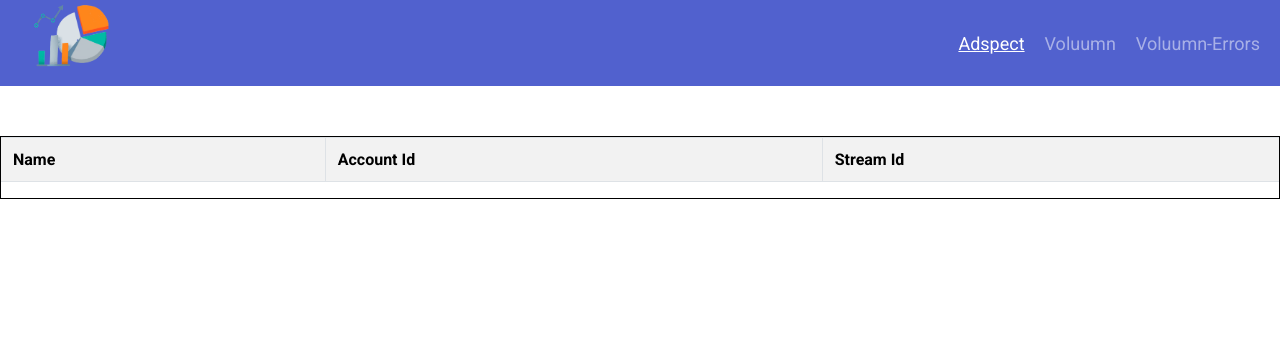
Repository: BobChampion/reports
Page: /reports (app in frontend/)
The author's editor kept a copy of each file at every save. The page is drawn from the files as they stood at one save, then again after the next save.
The browser window is 1280 px wide. The pictures show the whole page.
The page's requests for data from a server got no answer. The project was rebuilt for these pictures with package versions that can differ from the ones it lists, and the page was loaded fresh each time. No one was signed in, and anything a server would have sent is missing. Also part of the build but not shown: frontend/vue.config.js, frontend/src/components/MyHome.vue, frontend/src/components/Voluumn/CampaignList.vue, frontend/src/components/Voluumn/HistoryTable.vue, frontend/src/components/Voluumn/MyVoluumn.vue, frontend/src/components/Voluumn/DateSelect.vue, frontend/src/helpers/date.js, frontend/src/components/Voluumn/VoluumnError.vue.

Above is the page before, as saved 2023-03-21 11:33:17.

### frontend/public/index.html
<!DOCTYPE html>
<html lang="">
  <head>
    <meta charset="utf-8" />
    <meta http-equiv="X-UA-Compatible" content="IE=edge" />
    <meta name="viewport" content="width=device-width,initial-scale=1.0" />
    <link rel="icon" href="<%= BASE_URL %>favicon.ico" />
    <title><%= htmlWebpackPlugin.options.title %></title>
    <link
      href="https://fonts.googleapis.com/css?family=Roboto:100,100italic,300,300italic,regular,italic,500,500italic,700,700italic,900,900italic"
      rel="stylesheet"
    />
  </head>
  <body>
    <noscript>
      <strong
        >We're sorry but <%= htmlWebpackPlugin.options.title %> doesn't work properly without
        JavaScript enabled. Please enable it to continue.</strong
      >
    </noscript>
    <div id="app"></div>
    <!-- built files will be auto injected -->
  </body>
</html>

### frontend/src/App.vue
<template>
  <div id="app">
    <div class="appInner">
      <NavBar />
      <div class="appContent">
        <router-view />
      </div>
    </div>
  </div>
</template>

<script>
import NavBar from './components/NavBar.vue';

export default {
  components: { NavBar },
  name: 'App',
};
</script>

<style>
*,
*::after,
*::before {
  margin: 0;
  padding: 0;
  box-sizing: border-box;
}

#app {
  height: 100vh;
}
.appInner {
  display: flex;
  flex-direction: column;
  height: 100%;
}
.appContent {
  height: 88vh;
}
</style>

### frontend/src/router/index.js
import Vue from 'vue';
import VueRouter from 'vue-router';
import MyHome from '../components/MyHome';
import MyAdspect from '../components/MyAdspect';
import MyVoluumn from '../components/Voluumn/MyVoluumn.vue';
import VoluumnError from '../components/Voluumn/VoluumnError.vue';
Vue.use(VueRouter);

const routes = [
  {
    path: '/',
    name: 'MyHome',
    component: MyHome,
  },
  {
    path: '/reports',
    name: 'MyAdspect',
    component: MyAdspect,
  },
  {
    path: '/voluumn',
    name: 'MyVoluumn',
    component: MyVoluumn,
  },
  {
    path: '/voluumn-error',
    name: 'VoluumnError',
    component: VoluumnError,
  },
];

const router = new VueRouter({
  mode: 'history',
  linkExactActiveClass: 'router-link-active',
  routes,
});

export default router;

### frontend/src/components/NavBar.vue
<template>
  <div class="navBar">
    <router-link to="/" class="navbar-logo">
      <img src="../assets/img/logo.png" alt="" />
    </router-link>
    <div class="navBarInner">
      <router-link to="/reports" class="navBarLink">Adspect</router-link>
      <router-link to="/voluumn" class="navBarLink">Voluumn</router-link>
      <router-link to="/voluumn-error" class="navBarLink">Voluumn-Errors</router-link>
      <!-- <router-link to="" class="navBarLink">Errors</router-link> -->
    </div>
  </div>
</template>

<script>
export default {};
</script>

<style>
.navBar {
  height: 12vh;
  background-color: #5161ce;
  padding: 0px 20px;
  display: flex;
  justify-content: space-between;
  align-items: center;
}
.navbar-logo {
  padding: 5px;
}
.navbar-logo img {
  max-width: 100px;
}
.navBarInner {
  display: flex;
  justify-content: flex-end;
  gap: 20px;
}
.navBarLink {
  display: block;
  font-family: 'Roboto';
  font-size: 18px;
  color: rgba(255, 255, 255, 0.5);
  text-decoration: none;
  transition-duration: 0.3s;
  transition-timing-function: cubic-bezier(0.68, -0.55, 0.265, 1.55);
  position: relative;
}
.navBarLink.router-link-active {
  color: #fff;
  text-decoration: underline;
}
</style>

### frontend/src/components/MyAdspect.vue
<template>
  <div class="reports">
    <div class="repotsInner">
      <div class="tableBlock">
        <table>
          <thead class="tableTitles">
            <tr>
              <th>Name</th>
              <th>Account Id</th>
              <th>Stream Id</th>
            </tr>
          </thead>
          <tbody>
            <tr v-for="stream in filterStreams" :key="stream.stream_id">
              <td>{{ stream.name }}</td>
              <td>{{ stream.account_id }}</td>
              <td>{{ stream.stream_id }}</td>
            </tr>
          </tbody>
        </table>
      </div>
      <!-- <div class="tableBlock">
        <table>
          <thead class="tableTitles">
            <tr>
              <th>Name</th>
              <th>Account Id</th>
              <th>Stream Id</th>
            </tr>
          </thead>
          <tbody>
            <tr v-for="stream in streams" :key="stream.stream_id">
              <td>{{ stream.name }}</td>
              <td>{{ stream.account_id }}</td>
              <td>{{ stream.stream_id }}</td>
            </tr>
          </tbody>
        </table>
      </div> -->
    </div>
  </div>
</template>

<script>
import axios from 'axios';

export default {
  name: 'MyAdspect',
  data() {
    return {
      streams: [],
      streamswithclick: [],
    };
  },
  async mounted() {
    await axios
      .get('/api/streams')
      .then((response) => {
        this.streams = response.data;
        console.log(this.streams);
      })
      .catch((error) => {
        console.error(error);
      });

    await axios
      .get('/api/streamswithclick')
      .then((response) => {
        this.streams = response.data;
        console.log(this.streams);
      })
      .catch((error) => {
        console.error(error);
      });
  },
  computed: {
    filterStreams() {
      return this.streams.filter(
        (stream) =>
          stream.money_pages[0].page === 'https://black.com' ||
          stream.safe_pages[0].page === 'https://white.com',
      );
    },
  },
};
</script>

<style>
/* report */
.reports {
  height: 100%;
}
.repotsInner {
  display: flex;
  flex-direction: column;
  row-gap: 50px;
  padding: 50px 0;
  height: 100%;
}
.tableBlock {
  width: 100%;
  max-height: 50%;
  overflow-y: scroll;
  border: 1px solid #000;
}

/* table */
table {
  border-collapse: collapse;
  width: 100%;
  margin-bottom: 1rem;
  font-family: 'Roboto';
  height: 100%;
}

table th,
table td {
  border: 1px solid #dee2e6;
  padding: 0.75rem;
  text-align: left;
}

table th {
  background-color: #f2f2f2;
  font-weight: 600;
}

table tbody tr:hover {
  background-color: #f5f5f5;
}

table td:first-child,
table th:first-child {
  border-left: none;
}

table td:last-child,
table th:last-child {
  border-right: none;
}
</style>

Loaded but not shown: frontend/src/main.js (common file)

After the next save:
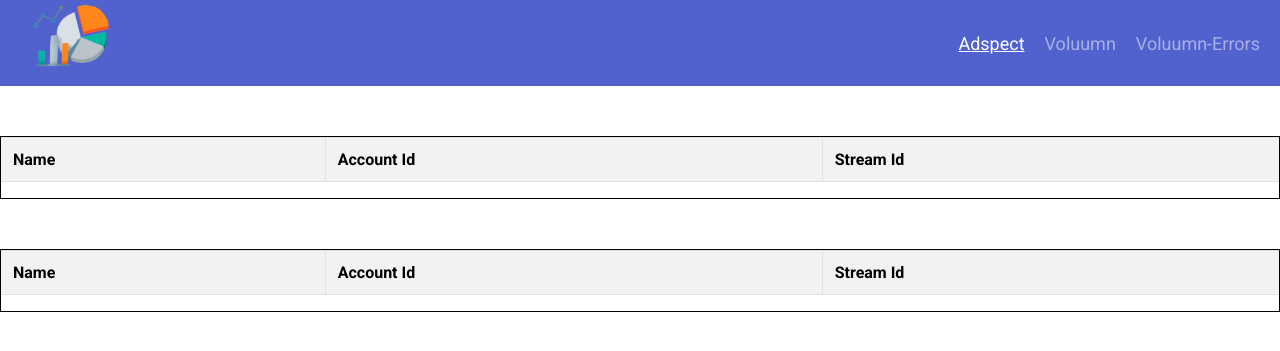
Saved 19 s later.
--- a/frontend/src/components/MyAdspect.vue
+++ b/frontend/src/components/MyAdspect.vue
@@ -19,7 +19,7 @@
           </tbody>
         </table>
       </div>
-      <!-- <div class="tableBlock">
+      <div class="tableBlock">
         <table>
           <thead class="tableTitles">
             <tr>
@@ -36,7 +36,7 @@
             </tr>
           </tbody>
         </table>
-      </div> -->
+      </div>
     </div>
   </div>
 </template>
